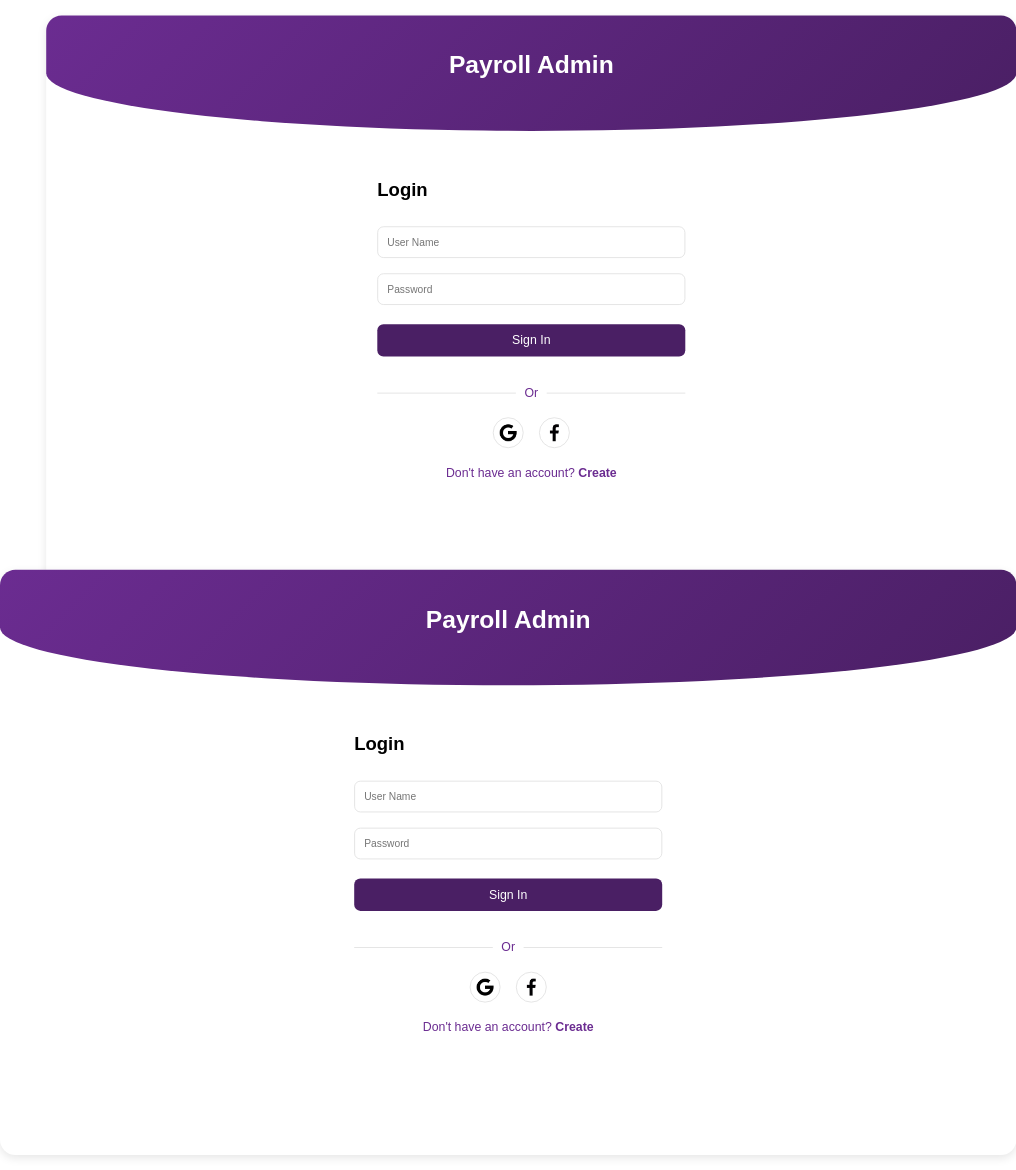
Repository: nino-pixel/payrolllatest
Page: / (app in web_vue/)
These files come from the project's save history. The page is drawn as it stood at one moment and after a run of saves; the edit follows.
The browser window is 1280 px wide. The page is 1320 px wide, so the pictures cover 1320 px, including what lies to the right of the window. The pictures show the whole page, at 77% of full size.
The project was rebuilt for these pictures with package versions that can differ from the ones it lists, and the page was loaded fresh each time. Also part of the build but not shown: web_vue/vite.config.js, web_vue/src/components/sign_up.vue, web_vue/src/components/dashboard.vue, web_vue/src/components/employee_management.vue, web_vue/src/components/attendance_management.vue, web_vue/src/components/generate_payroll.vue, web_vue/src/components/mark_attendance_manually.vue, web_vue/src/components/view_payment_history.vue and 2 more.

Above is the page before, as saved 2024-12-20 09:39:02.

### web_vue/src/main.js
import { createApp } from 'vue'
import './style.css'
import App from './App.vue'
import router from './router'
import html2pdf from 'html2pdf.js';
// ECharts imports
import VChart from 'vue-echarts'
import { use } from 'echarts/core'
import { CanvasRenderer } from 'echarts/renderers'
import { PieChart, LineChart, BarChart, GaugeChart } from 'echarts/charts'
import {
  TitleComponent,
  TooltipComponent,
  LegendComponent,
  GridComponent
} from 'echarts/components'

// Register ECharts components
use([
  CanvasRenderer,
  PieChart,
  LineChart,
  BarChart,
  GaugeChart,
  TitleComponent,
  TooltipComponent,
  LegendComponent,
  GridComponent
])

const app = createApp(App)
app.component('v-chart', VChart)
app.use(router)
app.mount('#app')

### web_vue/src/style.css
:root {
  font-family: Inter, system-ui, Avenir, Helvetica, Arial, sans-serif;
  line-height: 1.5;
  font-weight: 400;
  color-scheme: light dark;
  color: rgba(255, 255, 255, 0.87);
  background-color: #242424;
  font-synthesis: none;
  text-rendering: optimizeLegibility;
  -webkit-font-smoothing: antialiased;
  -moz-osx-font-smoothing: grayscale;
}

body {
  margin: 0;
  padding: 0;
  min-height: 100vh;
  width: 100%;
}

/* Remove the centering and width constraints */
#app {
  max-width: none;
  margin: 0;
  padding: 0;
  width: 100%;
  min-height: 100vh;
}

/* Adjust other styles */
.card {
  padding: 2em;
  width: 100%;
  box-sizing: border-box;
}

button {
  border-radius: 8px;
  border: 1px solid transparent;
  padding: 0.6em 1.2em;
  font-size: 1em;
  font-weight: 500;
  font-family: inherit;
  background-color: #1a1a1a;
  cursor: pointer;
  transition: border-color 0.25s;
}

/* Media query adjustments */
@media (prefers-color-scheme: light) {
  :root {
    color: #213547;
    background-color: #ffffff;
  }
  a:hover {
    color: #747bff;
  }
  button {
    background-color: #f9f9f9;
  }
}

### web_vue/src/App.vue
<template>
  <div id="app">
    <Sidebar />
    <router-view />
  </div>
</template>

<script>
import Sidebar from './components/Sidebar.vue'

export default {
  name: 'App',
  components: {
    Sidebar
  }
}
</script>
<style>
/* App styling remains mostly the same */

#app {
  font-family: Arial, sans-serif;
  -webkit-font-smoothing: antialiased;
  -moz-osx-font-smoothing: grayscale;
  color: #2c3e50;
  min-height: 100vh;
}

.main-content {
  flex: 1;
  transition: margin-left 0.3s ease;
  min-height: 100vh;
}

/* When sidebar is visible and not collapsed */
.main-content.with-sidebar {
  margin-left: 250px; /* Sidebar expanded width */
}

/* When sidebar is collapsed */
.main-content.with-sidebar.collapsed {
  margin-left: 60px; /* Sidebar collapsed width */
}

@media (max-width: 768px) {
  .main-content.with-sidebar {
    margin-left: 60px; /* Adjust for smaller screens */
  }

  .main-content.with-sidebar.collapsed {
    margin-left: 0;
  }

body {
  margin: 0;
  padding: 0;
}

.dashboard-container,
.employee-container,
.attendance-container,
.payroll-container,
.reports-container,
.salary-container,
.payment-container {
  padding: 20px;
  min-height: 100vh;
  background: #f2e6ff;
}
}
</style>

### web_vue/src/router/index.js
import { createRouter, createWebHistory } from 'vue-router'
import LoginPage from '../components/login_page.vue'
import SignupPage from '../components/sign_up.vue'
import Dashboard from '../components/dashboard.vue'
import EmployeeManagement from '../components/employee_management.vue'
import AttendanceManagement from '../components/attendance_management.vue'
import GeneratePayroll from '../components/generate_payroll.vue'
import MarkAttendanceManually from '../components/mark_attendance_manually.vue'
import ViewPaymentHistory from '../components/view_payment_history.vue'
import SalaryAdjustment from '../components/salary_adjustment.vue'
import reports_and_analytics from '../components/reports_and_analytics.vue'
import Sidebar from '../components/Sidebar.vue'
const routes = [
  {
    path: '/login',
    name: 'Login',
    component: LoginPage,
    meta: { requiresAuth: false },
    layout: 'no-sidebar'  // Add this meta field


  },
  {
    path: '/',
    redirect: '/dashboard'
  },
  {
    path: '/signup',
    name: 'Signup',
    component: SignupPage,
    meta: { requiresAuth: false },
    layout: 'no-sidebar'  // Add this meta field


  },
  {
    path: '/dashboard',
    name: 'Dashboard',
    component: Dashboard,
    meta: { requiresAuth: true }

  },
  {
    path: '/employees',
    name: 'Employees',
    component: EmployeeManagement,
    meta: { requiresAuth: true }

  },
  {
    path: '/attendance',
    name: 'Attendance',
    component: AttendanceManagement,
    meta: { requiresAuth: true }

  },
  {
    path: '/generate_payroll',
    name: 'GeneratePayroll',
    component: GeneratePayroll
  },
  {
    path: '/mark_attendance_manually',
    name: 'MarkAttendanceManually',
    component: MarkAttendanceManually
  },
  {
    path: '/view_payment_history',
    name: 'ViewPaymentHistory',
    component: ViewPaymentHistory
  },
  {
    path: '/salary_adjustment',
    name: 'SalaryAdjustment',
    component: SalaryAdjustment
  },
  {
    path: '/reports_and_analytics',
    name: 'ReportsAndAnalytics',
    component: reports_and_analytics
  },


  // Add other routes here as needed
]

const router = createRouter({
  history: createWebHistory(),
  routes
})
router.beforeEach((to, from, next) => {
  const isAuthenticated = !!localStorage.getItem('token')

  // If route requires auth and user is not authenticated
  if (to.meta.requiresAuth && !isAuthenticated) {
    next('/login')
  }
  // If trying to access login/signup while authenticated
  else if ((to.path === '/login' || to.path === '/signup') && isAuthenticated) {
    next('/dashboard')
  }
  // Otherwise proceed normally
  else {
    next()
  }
})
export default router

### web_vue/src/components/Sidebar.vue
<template>
  <div class="layout">
    <div
      class="sidebar"
      :class="{ collapsed: isCollapsed }"
      :style="{ left: isSidebarVisible ? '0' : '-250px' }"
    >
      <div class="sidebar-header">
        <img src="../assets/payroll_logo.png" alt="PayrollEmp" class="logo" />
      </div>

      <nav class="sidebar-nav">
        <router-link to="/dashboard" class="nav-item">
          <i class="fas fa-chart-line"></i>
          <span v-if="!isCollapsed">Dashboard</span>
        </router-link>

        <div class="nav-group">
          <div class="nav-group-title" v-if="!isCollapsed">Employee Management</div>
          <router-link to="/employees" class="nav-item">
            <i class="fas fa-users"></i>
            <span v-if="!isCollapsed">Employees</span>
          </router-link>
          <router-link to="/salary_adjustment" class="nav-item">
            <i class="fas fa-money-bill-wave"></i>
            <span v-if="!isCollapsed">Salary Adjustment</span>
          </router-link>
        </div>

        <div class="nav-group">
          <div class="nav-group-title" v-if="!isCollapsed">Attendance</div>
          <router-link to="/attendance" class="nav-item">
            <i class="fas fa-calendar-check"></i>
            <span v-if="!isCollapsed">Attendance Management</span>
          </router-link>
          <router-link to="/mark_attendance_manually" class="nav-item">
            <i class="fas fa-clock"></i>
            <span v-if="!isCollapsed">Mark Attendance</span>
          </router-link>
        </div>

        <div class="nav-group">
          <div class="nav-group-title" v-if="!isCollapsed">Payroll</div>
          <router-link to="/generate_payroll" class="nav-item">
            <i class="fas fa-file-invoice-dollar"></i>
            <span v-if="!isCollapsed">Generate Payroll</span>
          </router-link>
          <router-link to="/view_payment_history" class="nav-item">
            <i class="fas fa-history"></i>
            <span v-if="!isCollapsed">Payment History</span>
          </router-link>
        </div>

        <router-link to="/reports_and_analytics" class="nav-item">
          <i class="fas fa-chart-bar"></i>
          <span v-if="!isCollapsed">Reports & Analytics</span>
        </router-link>
      </nav>

      <div class="sidebar-footer">
        <div class="minimize-btn-container">
          <button class="collapse-btn" @click="toggleSidebar">
            <i :class="isCollapsed ? 'fas fa-chevron-right' : 'fas fa-chevron-left'"></i>
          </button>
        </div>

        <div class="logout-container">
          <button class="logout-btn" @click="handleLogout">
            <i class="fas fa-sign-out-alt"></i>
            <span v-if="!isCollapsed">Logout</span>
          </button>
        </div>
      </div>
    </div>

    <div class="content" :class="{ expanded: isCollapsed }">
      <router-view />
    </div>
  </div>
</template>

<script>
export default {
  name: "Sidebar",
  data() {
    return {
      isCollapsed: false,
      isSidebarVisible: true,
    };
  },
  watch: {
    $route(to) {
      const noSidebarRoutes = ["/login", "/signup"];
      this.isSidebarVisible = !noSidebarRoutes.includes(to.path);
    },
  },
  methods: {
    toggleSidebar() {
      this.isCollapsed = !this.isCollapsed;
    },
    handleLogout() {
      if (confirm("Are you sure you want to logout?")) {
        localStorage.removeItem("token");
        localStorage.removeItem("user");
        this.$router.push("/login");
      }
    },
  },
  mounted() {
    const noSidebarRoutes = ["/login", "/signup"];
    this.isSidebarVisible = !noSidebarRoutes.includes(this.$route.path);
  },
};
</script>

<style scoped>
.sidebar {
  width: 250px;
  height: 100vh;
  background: linear-gradient(135deg, #660066, #cc66ff);
  color: white;
  position: fixed;
  left: 0;
  top: 0;
  transition: all 0.3s ease;
  z-index: 100;
  display: flex;
  flex-direction: column;
}


.sidebar.collapsed {
  width: 60px; /* Minimized width */
}

.sidebar-header {
  padding: 0.5rem;
  display: flex;
  align-items: center;
  justify-content: center;
  border-bottom: 1px solid rgba(255, 255, 255, 0.1);
  min-height: 50px;
}
.content {
  margin-left: 250px;
  transition: margin-left 0.3s ease;
  width: calc(100% - 250px);
}
.content.expanded {
  margin-left: 60px;
  width: calc(100% - 60px);
}
.logo {
  height: 45px;
  width: 45px;
  border-radius: 360%;
}

.sidebar-nav {
  padding: 0.3rem 0;
  flex: 1;
  display: flex;
  flex-direction: column;
  gap: 0.2rem;
}

.nav-item {
  display: flex;
  align-items: center;
  padding: 0.3rem 1rem;
  color: white;
  text-decoration: none;
  transition: all 0.3s ease;
  gap: 0.75rem;
  height: 32px;
  font-size: 0.85rem;
}
.nav-item:hover {
  background: rgba(255, 255, 255, 0.1);
}
.nav-item i {
  width: 20px;
  text-align: center;
  font-size: 0.9rem;
}

.sidebar-footer {
  border-top: 1px solid rgba(255, 255, 255, 0.1);
  margin-top: auto;
}

.minimize-btn-container {
  height: 32px;
  padding: 0.3rem;
  display: flex;
  justify-content: center;
  border-bottom: 1px solid rgba(255, 255, 255, 0.1);
}
.collapse-btn {
  background: none;
  border: none;
  color: white;
  cursor: pointer;
  width: 100%;
  height: 32px;
  transition: all 0.3s ease;
}
.layout {
  display: flex;
  width: 100%;
  height: 100vh;
}
@media (max-width: 768px) {
  .sidebar {
    width: 60px;
  }
}


.content {
    margin-left: 60px;
    width: calc(100% - 60px);
  }

  .sidebar.collapsed {
    width: 0;
    overflow: hidden;
  }

  .content.expanded {
    margin-left: 0;
    width: 100%;
  }
</style>

### web_vue/src/components/login_page.vue
<template>
  <div class="login-container">
    <div class="wave-bg"></div>
    <h1>Payroll Admin</h1>

    <div class="login-form">
      <h2>Login</h2>
      <input
        type="text"
        v-model="username"
        placeholder="User Name"
        required
      >
      <input
        type="password"
        v-model="password"
        placeholder="Password"
        required
      >
      <!-- Error message display -->
      <div v-if="error" class="error-message">
        {{ error }}
      </div>
      <button
        class="sign-in"
        @click="handleLogin"
      >
        Sign In
      </button>

      <div class="divider">
        <span>Or</span>
      </div>

      <div class="social-login">
        <button class="google" @click="handleGoogleLogin">
          <img src="../assets/google-icon.png" alt="Google">
        </button>
        <button class="facebook" @click="handleFacebookLogin">
          <img src="../assets/facebook-icon.png" alt="Facebook">
        </button>
      </div>

      <p class="signup-link">
        Don't have an account?
        <router-link :to="{ path: '/signup' }">Create</router-link>
      </p>
    </div>
  </div>
</template>

<script>
export default {
  name: 'LoginPage',
  data() {
    return {
      username: '',
      password: '',
      error: ''
    }
  },
  methods: {
    handleLogin() {
      // Basic validation
      if (!this.username || !this.password) {
        this.error = 'Please enter both username and password';
        return;
      }

      // Clear any previous errors
      this.error = '';

      // Store dummy token and user data
      localStorage.setItem('token', 'dummy-token');
      localStorage.setItem('user', JSON.stringify({ username: this.username }));
        // Force a page reload after setting token
        window.location.href = '/dashboard';
      // Redirect to dashboard
      this.$router.push('/dashboard');
    },
    handleGoogleLogin() {
      localStorage.setItem('token', 'google-dummy-token');
      window.location.href = '/dashboard';
    },
    handleFacebookLogin() {
      console.log('Facebook login clicked');
      // For testing: direct login
      localStorage.setItem('token', 'facebook-dummy-token');
      this.$router.push('/dashboard');
    }
  }
}
</script>

<style scoped>
h2 {
  color: black;
}

body {
  margin: 0;
  font-family: Arial, sans-serif;
  background: #f5f5f5;
}

.login-container {
  width: 100%;
  position: relative;
  min-height: 100vh;
  margin: 20px auto;
  padding: 20px;
  background: white;
  border-radius: 20px;
  box-shadow: 0 4px 12px rgba(0,0,0,0.1);
  display: flex;
  flex-direction: column;
  align-items: center;
}

.wave-bg {
  position: absolute;
  top: 0;
  left: 0;
  right: 0;
  height: 150px;
  background: linear-gradient(135deg, #6b2c91, #4a1f64);
  border-radius: 20px 20px 50% 50%;
}

h1 {
  color: white;
  position: relative;
  margin: 20px;
}

.login-form {
  padding: 20px;
  margin-top: 60px;
  width: 100%;
  max-width: 400px; /* Added max-width for better form sizing */
}

input {
  width: 100%;
  padding: 12px;
  margin: 10px 0;
  border: 1px solid #ddd;
  border-radius: 8px;
  box-sizing: border-box;
  transition: border-color 0.3s ease; /* Smooth transition for focus */
}

input:focus {
  outline: none;
  border-color: #6b2c91;
  box-shadow: 0 0 0 2px rgba(107, 44, 145, 0.1);
}

.sign-in {
  width: 100%;
  padding: 12px;
  background: #4a1f64;
  color: white;
  border: none;
  border-radius: 8px;
  margin: 15px 0;
  cursor: pointer;
  transition: background-color 0.3s ease;
}

.sign-in:hover {
  background: #5a2574;
}

/* New error message style */
.error-message {
  background-color: rgba(220, 53, 69, 0.1);
  color: #dc3545;
  padding: 10px;
  border-radius: 8px;
  margin: 10px 0;
  text-align: center;
  font-size: 0.9rem;
}

.divider {
  text-align: center;
  margin: 20px 0;
  position: relative;
  color: #6b2c91;
}

.divider::before,
.divider::after {
  content: "";
  position: absolute;
  top: 50%;
  width: 45%;
  height: 1px;
  background: #ddd;
}

.divider::before { left: 0; }
.divider::after { right: 0; }

.social-login {
  display: flex;
  justify-content: center;
  gap: 20px;
}

.social-login button {
  width: 40px;
  height: 40px;
  border-radius: 50%;
  border: 1px solid #ddd;
  background: white;
  cursor: pointer;
  padding: 8px;
  transition: transform 0.3s ease, box-shadow 0.3s ease;
}

.social-login button:hover {
  transform: translateY(-2px);
  box-shadow: 0 4px 8px rgba(0,0,0,0.1);
}

.social-login img {
  width: 100%;
  height: 100%;
  object-fit: contain;
}

.signup-link {
  text-align: center;
  margin-top: 20px;
  color: #6b2c91;
}

.signup-link a {
  color: #6b2c91;
  text-decoration: none;
  font-weight: bold;
  transition: color 0.3s ease;
}

.signup-link a:hover {
  color: #4a1f64;
}

/* Responsive adjustments */
@media (max-width: 768px) {
  .login-container {
    margin: 0;
    border-radius: 0;
  }

  .wave-bg {
    border-radius: 0 0 50% 50%;
  }

  .login-form {
    padding: 15px;
  }
}
</style>

After the next 2 saves:
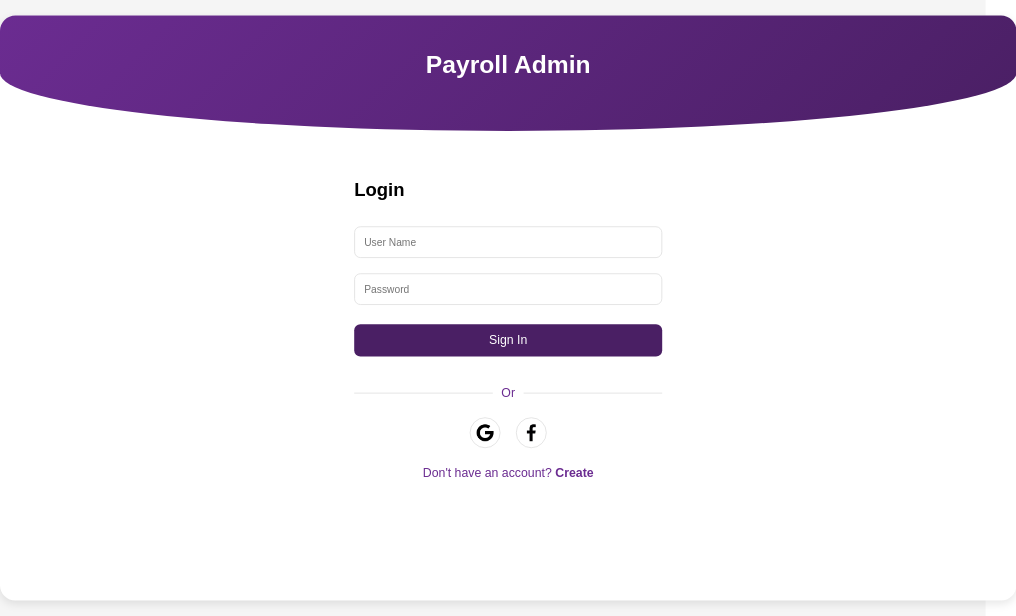
The 2 saves are shown as one change because they came seconds apart.
The last was saved 12 s later.
--- a/web_vue/src/App.vue
+++ b/web_vue/src/App.vue
@@ -1,7 +1,9 @@
 <template>
   <div id="app">
-    <Sidebar />
-    <router-view />
+    <Sidebar v-if="showSidebar" :is-collapsed="isSidebarCollapsed" @toggle="toggleSidebar" />
+    <div :class="['main-content', { 'with-sidebar': showSidebar && !isSidebarCollapsed }]">
+      <router-view />
+    </div>
   </div>
 </template>
 
@@ -12,18 +14,34 @@ export default {
   name: 'App',
   components: {
     Sidebar
+  },
+  data() {
+    return {
+      isSidebarCollapsed: false
+    }
+  },
+  computed: {
+    showSidebar() {
+      const noSidebarRoutes = ['/login', '/signup'];
+      return !noSidebarRoutes.includes(this.$route.path);
+    }
+  },
+  methods: {
+    toggleSidebar() {
+      this.isSidebarCollapsed = !this.isSidebarCollapsed;
+    }
   }
 }
 </script>
+
 <style>
 /* App styling remains mostly the same */
 
 #app {
   font-family: Arial, sans-serif;
-  -webkit-font-smoothing: antialiased;
-  -moz-osx-font-smoothing: grayscale;
-  color: #2c3e50;
+  display: flex;
   min-height: 100vh;
+  background: #f5f5f5;
 }
 
 .main-content {
@@ -50,22 +68,5 @@ export default {
   .main-content.with-sidebar.collapsed {
     margin-left: 0;
   }
-
-body {
-  margin: 0;
-  padding: 0;
-}
-
-.dashboard-container,
-.employee-container,
-.attendance-container,
-.payroll-container,
-.reports-container,
-.salary-container,
-.payment-container {
-  padding: 20px;
-  min-height: 100vh;
-  background: #f2e6ff;
-}
 }
 </style>
